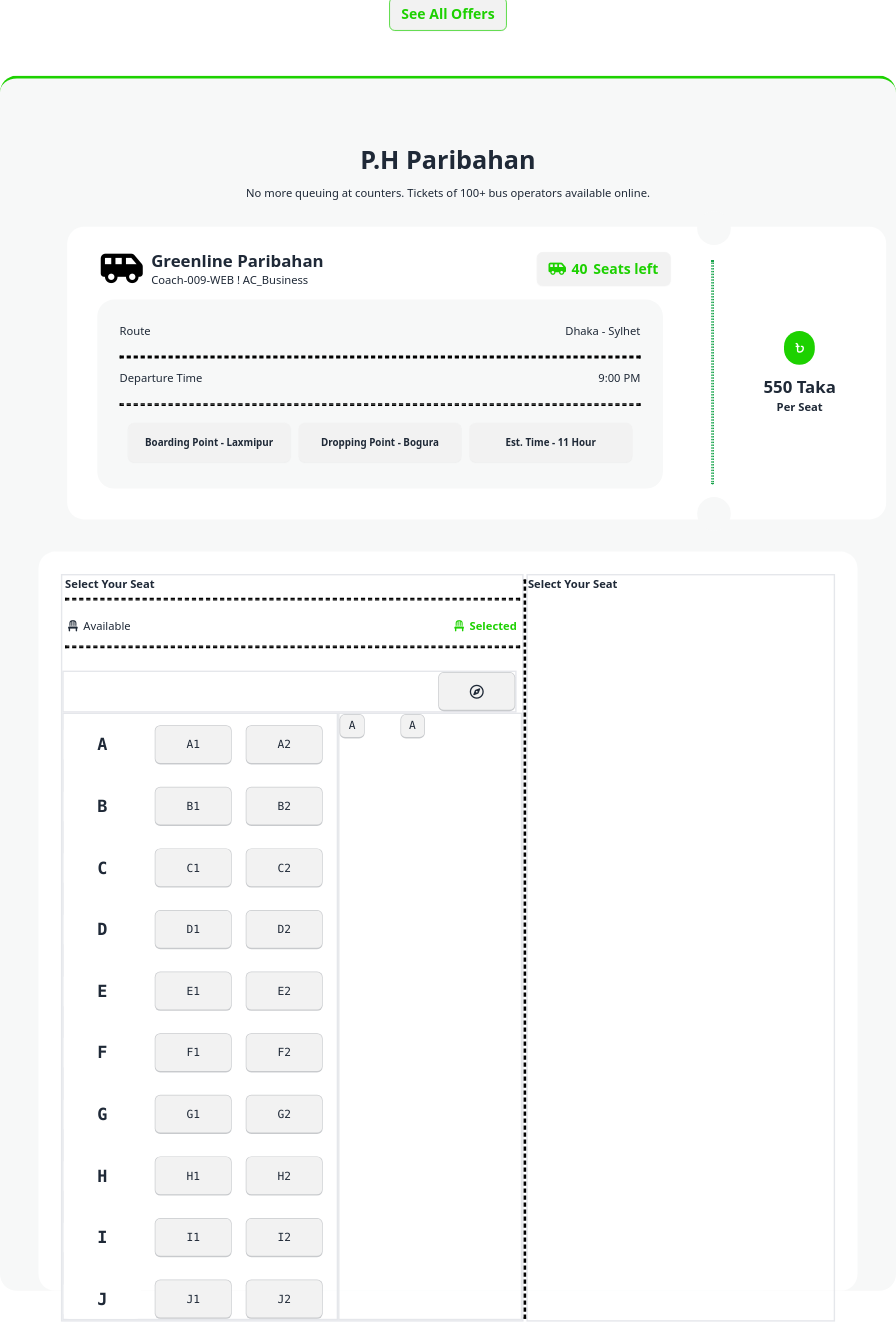
Repository: RudrasahaDibos/Smart-ticketing
Page: index.html
These files come from the project's save history. The page is drawn as it stood at one moment and after a run of saves; the edit follows.
The browser window is 1280 px wide. The pictures show the part of the page from y = 1210 to 3130 px (the page is 3130 px tall before and 3126 px after), at 70% of full size.
Some web fonts or font styles are not loaded; a fallback is used. Some web libraries are served in a nearby version.

Above is the page before, as saved 2024-11-10 13:36:05.

### index.html
<!DOCTYPE html>
<html lang="en">
  <head>
    <meta charset="UTF-8">
    <meta name="viewport" content="width=device-width, initial-scale=1.0">
    <title>Smart-ticketing</title>
    <!-- tailwind link -->
    <link href="https://cdn.jsdelivr.net/npm/daisyui@4.12.14/dist/full.min.css"
      rel="stylesheet" type="text/css" />
    <script src="https://cdn.tailwindcss.com"></script>
    <!-- font awesome link -->
    <link rel="stylesheet"
      href="https://cdnjs.cloudflare.com/ajax/libs/font-awesome/6.6.0/css/all.min.css"
      integrity="sha512-Kc323vGBEqzTmouAECnVceyQqyqdsSiqLQISBL29aUW4U/M7pSPA/gEUZQqv1cwx4OnYxTxve5UMg5GT6L4JJg=="
      crossorigin="anonymous" referrerpolicy="no-referrer" />

    <!-- google fonts  -->
    <link rel="preconnect" href="https://fonts.googleapis.com">
    <link rel="preconnect" href="https://fonts.gstatic.com" crossorigin>
    <link
      href="https://fonts.googleapis.com/css2?family=Anton+SC&family=Manrope:wght@200..800&family=Raleway:ital,wght@0,100..900;1,100..900&display=swap"
      rel="stylesheet">

    <style>
.raleway{
  font-family: "Raleway", sans-serif;
}
</style>

  </head>
  <body>
    <!-- header ends here -->
    <header class="container mx-auto lg:pl-24 lg:pr-24 lg:pt-4 w-[1400px]">
      <div>
        <!-- navbar starts here -->
        <div class="navbar bg-base-100">
          <div class="navbar-start">
            <div class="dropdown">
              <div tabindex="0" role="button" class="btn btn-ghost lg:hidden">
                <svg
                  xmlns="http://www.w3.org/2000/svg"
                  class="h-5 w-5"
                  fill="none"
                  viewBox="0 0 24 24"
                  stroke="currentColor">
                  <path
                    stroke-linecap="round"
                    stroke-linejoin="round"
                    stroke-width="2"
                    d="M4 6h16M4 12h8m-8 6h16" />
                </svg>
              </div>
              <ul
                tabindex="0"
                class="menu menu-sm dropdown-content bg-base-100 rounded-box z-[1] mt-3 w-52 p-2 shadow">
                <li><a>Home</a></li>
                <li><a>About</a></li>
                <li><a>Destination</a></li>
                <li><a>Search</a></li>
              </ul>
            </div>
            <a class="btn btn-ghost text-2xl font-extrabold">E-Ticket</a>
          </div>
          <div class="navbar-center hidden lg:flex">
            <ul class="menu menu-horizontal px-1">
              <li><a>Home</a></li>
              <li><a>About</a></li>
              <li><a>Destination</a></li>
              <li><a>Search</a></li>
            </ul>
          </div>
          <div class="navbar-end">
            <a class="btn text-[#1DD100]  border-1  text-xl">Bus <i
                class="fa-solid fa-van-shuttle"></i></a>
          </div>
        </div>
      </div>

      <!-- banner start here -->

      <div
        class="hero h-[550px] mt-8 bg-[url('/images/banner.png')] rounded-3xl relative">

        <div class="hero-content text-neutral-content text-center">
          <div class>
            <h1 class="mb-5 text-5xl font-extrabold">End-to-End Travel with <br>
              <span class="text-5xl text-[#1DD100]  font-extrabold">P
                Paribahan</span></h1>
            <p class="mb-5">
              A one-stop solution for your travel needs

              Introducing you to the Shohoz way of life
            </p>
            <button class="btn bg-[#1DD100] border-none">Buy Tickets</button>
          </div>
        </div>
      </div>

      <!-- banner end here -->

      <!-- 3 card start here  -->

      <div
        class=" flex justify-between items-center gap-4 pl-16 pr-16 absolute -bottom-4   ">
        <div
          class="stat flex bg-white justify-center items-center shadow-xl  border-b-4 border-b-[#1DD100]  rounded-2xl w-[338px] h-[138px]">
          <div class="text-[#1DD100] text-2xl font-extrabold ">
            <i class="fa-solid fa-users"></i>
          </div>

          <div>
            <div class="stat-value">500K+</div>
            <div class="stat-desc text-xl ">Registered users</div>
          </div>

        </div>

        <div
          class="stat flex bg-white justify-center items-center  border-b-4 border-b-[#1DD100] shadow-xl  rounded-2xl w-[338px] h-[138px]">
          <div class="text-[#1DD100] text-2xl font-extrabold ">
            <i class="fa-solid fa-ticket  "></i>

          </div>

          <div>
            <div class="stat-value">1.7 lacks</div>
            <div class="stat-desc text-xl ">Tickets sold</div>
          </div>

        </div>

        <div
          class="stat flex bg-white justify-center items-center  border-b-4 border-b-[#1DD100] shadow-xl  rounded-2xl w-[338px] h-[138px]">
          <div class="text-[#1DD100] text-2xl font-extrabold ">
            <i class="fa-solid fa-van-shuttle"></i>

          </div>

          <div>
            <div class="stat-value">80K+</div>
            <div class="stat-desc text-xl ">Rental partners</div>
          </div>

        </div>
      </div>

      <!-- 3 card ends here -->

      <!-- navbar Ends here -->
    </header>
    <!-- header ends here -->

    <!-- main start here -->
    <main class>
      <!-- Best offers for you start here -->
      <section
        class="mt-40 container mx-auto  lg:pl-24 lg:pr-24 lg:pt-4 w-[1400px]">
        <h1 class="text-4xl font-semibold text-center">Best offers for you</h1>
        <!-- two card start here -->
        <div class="flex  flex-col lg:flex-row gap-4 mt-10">
          <div class="bg-yellow-500  w-[573px] h-[220px]  rounded-2xl">

            <div>

              <div class=" w-[50%] mt-14 ml-14">
                <h1 class="text-4xl font-extrabold">15% OFF</h1>
                <p class="text-xl font-bold">on your next purchase</p>
                <p class="text-xl font-bold">use by January 2024</p>
              </div>

              <div class=" w-1/4 -mt-20 ml-auto mr-14  text-center">
                <h1 class="text-4xl font-extrabold">NEW15</h1>
                <p class="text-xl font-bold">Coupon Code</p>

              </div>
            </div>
            <p
              class="bg-white w-[48px] h-[48px] absolute mx-auto rounded-full ml-80 -mt-40  "></p>
            <p
              class="bg-white w-[48px] h-[48px] absolute mx-auto rounded-full ml-80 mt-[55px]  "></p>
            <p
              class="border-2 border-dotted border-white relative w-0 h-32 -mt-[95px] ml-[343px]  "></p>

          </div>
          <div class="bg-pink-400   w-[573px] h-[220px] rounded-2xl">
            <div>

              <div class=" w-[50%] mt-14 ml-14">
                <h1 class="text-4xl font-extrabold">20% OFF</h1>
                <p class="text-xl font-bold">on your next purchase</p>
                <p class="text-xl font-bold">use by January 2024</p>
              </div>

              <div class="  w-2/4 -mt-20 ml-[300px] mr-14  text-center">
                <h1 class="text-4xl font-extrabold">Couple 20</h1>
                <p class="text-xl font-bold">Coupon Code</p>

              </div>
            </div>
            <p
              class="bg-white w-[48px] h-[48px] absolute mx-auto rounded-full ml-80 -mt-40  "></p>
            <p
              class="bg-white w-[48px] h-[48px] absolute mx-auto rounded-full ml-80 mt-[55px]  "></p>
            <p
              class="border-2 border-dotted border-white relative w-0 h-32 -mt-[95px] ml-[343px]  "></p>
          </div>
        </div>
        <div class=" text-center mt-16">
          <a class="btn text-[#1DD100]  border-1 border-[#1DD100] text-xl">See
            All Offers
          </a>
        </div>
        <!-- two card end here -->
      </section>

      <!-- Best offers for you ends here -->
      <!-- tickeing process start here -->
      <section
        class="bg-[#F7F8F8] w-full min-h-screen rounded-3xl mt-16 border-t-4 border-t-[#1DD100]">

        <div class="container mx-auto  lg:pl-24 lg:pr-24 lg:pt-4 w-[1400px]">
          <h1 class="text-4xl font-semibold text-center mt-20">P.H Paribahan
          </h1>
          <p class=" text-center w-[736px] h-[60px] mx-auto mt-4">No more
            queuing at counters. Tickets of 100+ bus operators available online.
          </p>
          <!-- Greenline Paribahan  start here-->

          <div
            class="bg-[#FFFFFF] w-[1170px] h-[418px] rounded-3xl  container mx-auto p-8 flex justify-between ">
            <div class=" w-3/4">
              <!-- Coach-009-WEB ! AC_Business start here -->
              <div class="flex justify-between ">

                <div class="flex justify-center items-center gap-3 ml-4 ">
                  <div class="text-5xl text-black  ">
                    <i class="fa-solid fa-van-shuttle "></i>
                  </div>
                  <div>
                    <h1 class="text-2xl font-bold">Greenline Paribahan</h1>
                    <p>Coach-009-WEB ! AC_Business</p>
                  </div>
                </div>

                <div class="flex felx-col justify-end mt-1">
                  <a class="btn text-[#1DD100]  border-1  text-xl"> <i
                      class="fa-solid fa-van-shuttle"></i> <span>40</span> Seats
                    left </a>
                </div>
              </div>
              <!-- Coach-009-WEB ! AC_Business end here -->

              <!-- Dhaka - Sylhet starts here -->
              <div
                class="bg-[#F7F8F8] w-[808px] h-[270px] mt-4 mx-auto rounded-3xl">

                <div class>
                  <div class="flex justify-between p-4 ">
                    <h1 class="ml-4 mt-4">Route</h1>
                    <h1 class="mr-4 mt-4">Dhaka - Sylhet</h1>
                  </div>

                  <div
                    class="border-dashed border-black border-2 mt-2  w-[744px] mx-auto h-0"></div>

                  <div class="flex justify-between p-4 ">
                    <h1 class="ml-4">Departure Time</h1>
                    <h1 class="mr-4">9:00 PM</h1>
                  </div>
                  <div
                    class="border-dashed border-black border-2 mt-2  w-[744px] mx-auto h-0"></div>

                  <div class="mt-2 p-4 flex justify-center items-center gap-3">
                    <button class="btn   w-[232px] h-[56px]">Boarding Point -
                      Laxmipur</button>
                    <button class="btn  w-[232px] h-[56px]">Dropping Point -
                      Bogura</button>
                    <button class="btn  w-[232px] h-[56px]">Est. Time - 11
                      Hour</button>
                  </div>
                </div>
              </div>
              <!-- Dhaka - Sylhet end here -->

            </div>

            <div
              class=" text-center flex flex-col justify-center items-center mr-10">
              <i
                class="fa-solid fa-bangladeshi-taka-sign bg-[#1DD100] rounded-full  p-4 text-white "></i>
              <h1 class="text-2xl font-semibold mt-4"><span>550</span> Taka</h1>
              <p class="font-bold">Per Seat</p>
            </div>

          </div>
          <p
            class="bg-[#F7F8F8] w-[48px] h-[48px] absolute mx-auto rounded-full ml-[900px] -mt-[440px]  "></p>
          <p
            class="bg-[#F7F8F8] w-[48px] h-[48px] absolute mx-auto rounded-full ml-[900px] -mt-8  "></p>
          <p
            class="border-2 border-dotted border-green-600 relative w-0 h-80 -mt-[370px] ml-[920px]  "></p>

          <!-- Greenline Paribahan  ends here-->
        </div>

        <!-- Select Your Seat star here  -->
        <div
          class="bg-[#FFFFFF] w-[1170px] h-[1056px] rounded-3xl mt-24 container mx-auto  ">

          <div class="flex justify-between p-8">
            <div class="w-3/5 border-2">
              <p class="font-semibold ml-1">Select Your Seat</p>
              <div
                class="border-dashed border-black border-2 mt-2  w-[650px] mx-auto h-0"></div>
              <!-- seat available start here -->
              <div class="flex justify-between mt-4">

                <div class="flex gap-2 justify-center items-center p-2 ">
                  <i class="fa-solid fa-chair"></i>
                  <p>Available</p>
                </div>
                <div
                  class="flex gap-2 justify-center items-center p-2 text-[#1DD100] ">
                  <i class="fa-solid fa-chair font-bold"></i>
                  <p class="font-bold">Selected</p>
                </div>

              </div>
              <!-- seat available ends here -->
              <div
                class="border-dashed border-black border-2 mt-2  w-[650px] mx-auto h-0"></div>
                <!-- seat planing start here -->
               <div class="mt-8">
                    <div class="text-end border-2 mr-2">
                      <kbd class="kbd  h-[56px] w-[110px] text-center mx-auto "><i class="fa-regular fa-compass text-xl"></i></kbd>
                    </div>
                    <!-- seat  start here-->
                     <div class="flex  justify-between">
                          <!-- seat is with door start -->
                          <div class="grid grid-cols-3 border-2 w-3/5 ">
                                  <div class="mx-auto mt-4 space-y-8">
                                    <kbd class="kbd  w-[110px] h-[56px] bg-[#ffffff]  border-none font-bold text-2xl">A</kbd>
                                    <kbd class="kbd  w-[110px] h-[56px]  bg-[#ffffff] border-none font-bold text-2xl">B</kbd>
                                    <kbd class="kbd  w-[110px] h-[56px]  bg-[#ffffff] border-none font-bold text-2xl">C</kbd>
                                    <kbd class="kbd  w-[110px] h-[56px]  bg-[#ffffff] border-none font-bold text-2xl">D</kbd>
                                    <kbd class="kbd  w-[110px] h-[56px]  bg-[#ffffff] border-none font-bold text-2xl">E</kbd>
                                    <kbd class="kbd  w-[110px] h-[56px]  bg-[#ffffff] border-none font-bold text-2xl">F</kbd>
                                    <kbd class="kbd  w-[110px] h-[56px]  bg-[#ffffff] border-none font-bold text-2xl">G</kbd>
                                    <kbd class="kbd  w-[110px] h-[56px]  bg-[#ffffff] border-none font-bold text-2xl">H</kbd>
                                    <kbd class="kbd  w-[110px] h-[56px]  bg-[#ffffff] border-none font-bold text-2xl">I</kbd>
                                    <kbd class="kbd  w-[110px] h-[56px]  bg-[#ffffff] border-none font-bold text-2xl">J</kbd>
                                  </div>

                                  <div class="mt-4 space-y-8">
                                    <kbd class="kbd w-[110px] h-[56px] ">A1</kbd>
                                    <kbd class="kbd w-[110px] h-[56px] ">B1</kbd>
                                    <kbd class="kbd w-[110px] h-[56px] ">C1</kbd>
                                    <kbd class="kbd w-[110px] h-[56px] ">D1</kbd>
                                    <kbd class="kbd w-[110px] h-[56px] ">E1</kbd>
                                    <kbd class="kbd w-[110px] h-[56px] ">F1</kbd>
                                    <kbd class="kbd w-[110px] h-[56px] ">G1</kbd>
                                    <kbd class="kbd w-[110px] h-[56px] ">H1</kbd>
                                    <kbd class="kbd w-[110px] h-[56px] ">I1</kbd>
                                    <kbd class="kbd w-[110px] h-[56px] ">J1</kbd>
                                  </div>

                                  <div class="mt-4 space-y-8">
                                    <kbd class="kbd w-[110px] h-[56px] ">A2</kbd>
                                    <kbd class="kbd w-[110px] h-[56px] ">B2</kbd>
                                    <kbd class="kbd w-[110px] h-[56px] ">C2</kbd>
                                    <kbd class="kbd w-[110px] h-[56px] ">D2</kbd>
                                    <kbd class="kbd w-[110px] h-[56px] ">E2</kbd>
                                    <kbd class="kbd w-[110px] h-[56px] ">F2</kbd>
                                    <kbd class="kbd w-[110px] h-[56px] ">G2</kbd>
                                    <kbd class="kbd w-[110px] h-[56px] ">H2</kbd>
                                    <kbd class="kbd w-[110px] h-[56px] ">I2</kbd>
                                    <kbd class="kbd w-[110px] h-[56px] ">J2</kbd>
                                  </div>
                          </div>
                         <!-- seat is with door end -->

                          <!-- seat is driver start -->
                            <div class="grid grid-cols-3  border-2 w-2/5">
                                    <div>
                                      <kbd class="kbd">A</kbd>
                                    </div>
                                    <div>
                                      <kbd class="kbd">A</kbd>
                                    </div>
                            </div>
                            <!-- seat is driver end -->
                     </div>

                     <!-- seat end here -->
               </div>

               <!-- seat planing end here -->



            </div>









            <div
              class="border-dashed border-black border-2 mt-2  w-[0px] mx-auto h-[1056px]"></div>

            <div class="border-2  w-2/5 ">
              <p class="font-semibold">Select Your Seat</p>
            </div>
          </div>

        </div>

        <!-- Select Your Seat end here  -->

      </section>
      <!-- tickeing process ends here -->

    </main>
    <!-- main ends here -->

    <!-- js add -->
    <script src="index.js"></script>
  </body>
</html>

Loaded but not shown: index.js (common file)

After the next 3 saves:
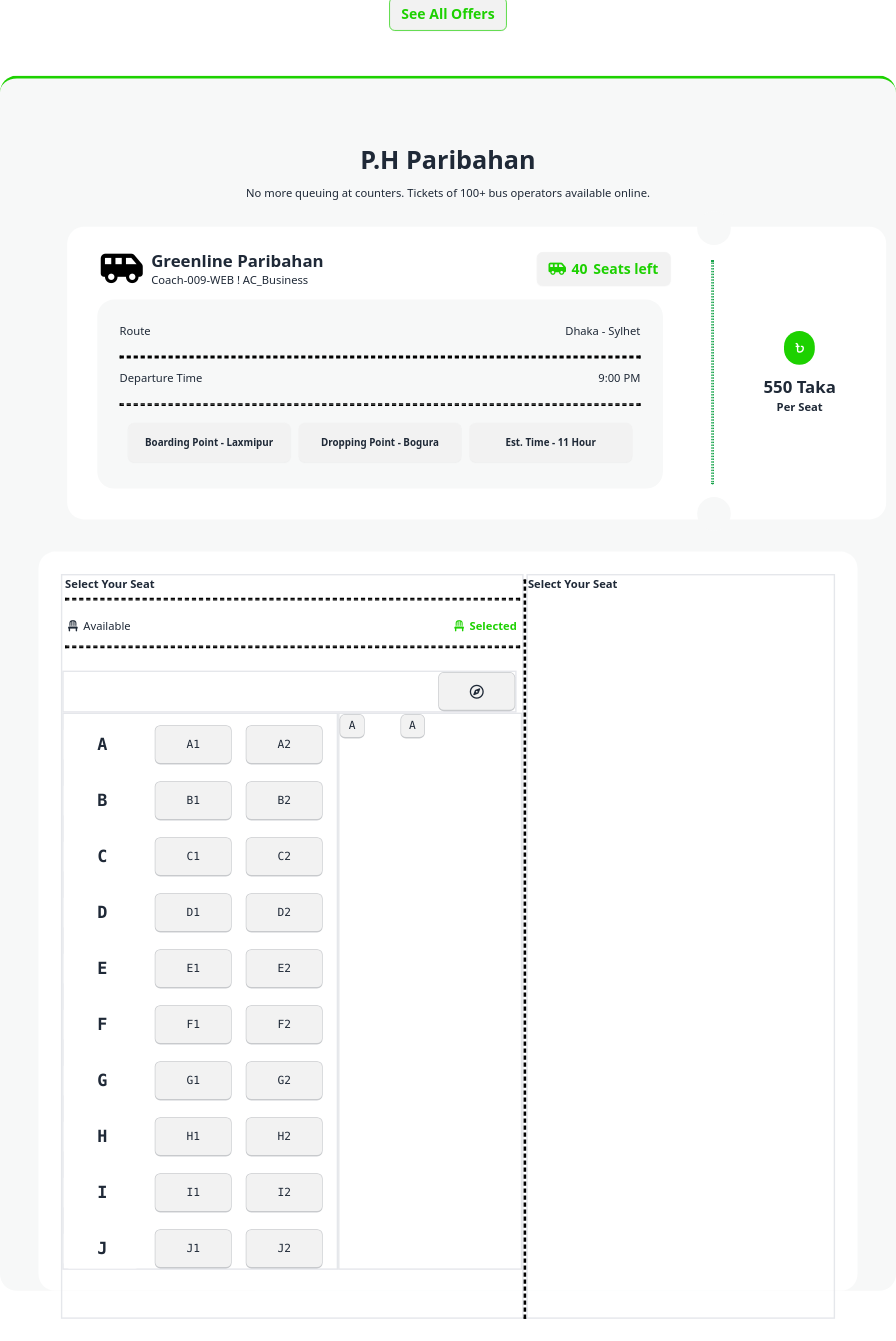
The 3 saves are shown as one change because they came seconds apart.
The last was saved 15 s later.
--- a/index.html
+++ b/index.html
@@ -338,7 +338,7 @@
                      <div class="flex  justify-between">
                           <!-- seat is with door start -->
                           <div class="grid grid-cols-3 border-2 w-3/5 ">
-                                  <div class="mx-auto mt-4 space-y-8">
+                                  <div class="mx-auto mt-4 space-y-6">
                                     <kbd class="kbd  w-[110px] h-[56px] bg-[#ffffff]  border-none font-bold text-2xl">A</kbd>
                                     <kbd class="kbd  w-[110px] h-[56px]  bg-[#ffffff] border-none font-bold text-2xl">B</kbd>
                                     <kbd class="kbd  w-[110px] h-[56px]  bg-[#ffffff] border-none font-bold text-2xl">C</kbd>
@@ -351,7 +351,7 @@
                                     <kbd class="kbd  w-[110px] h-[56px]  bg-[#ffffff] border-none font-bold text-2xl">J</kbd>
                                   </div>
 
-                                  <div class="mt-4 space-y-8">
+                                  <div class="mt-4 space-y-6">
                                     <kbd class="kbd w-[110px] h-[56px] ">A1</kbd>
                                     <kbd class="kbd w-[110px] h-[56px] ">B1</kbd>
                                     <kbd class="kbd w-[110px] h-[56px] ">C1</kbd>
@@ -364,7 +364,7 @@
                                     <kbd class="kbd w-[110px] h-[56px] ">J1</kbd>
                                   </div>
 
-                                  <div class="mt-4 space-y-8">
+                                  <div class="mt-4 space-y-6">
                                     <kbd class="kbd w-[110px] h-[56px] ">A2</kbd>
                                     <kbd class="kbd w-[110px] h-[56px] ">B2</kbd>
                                     <kbd class="kbd w-[110px] h-[56px] ">C2</kbd>
